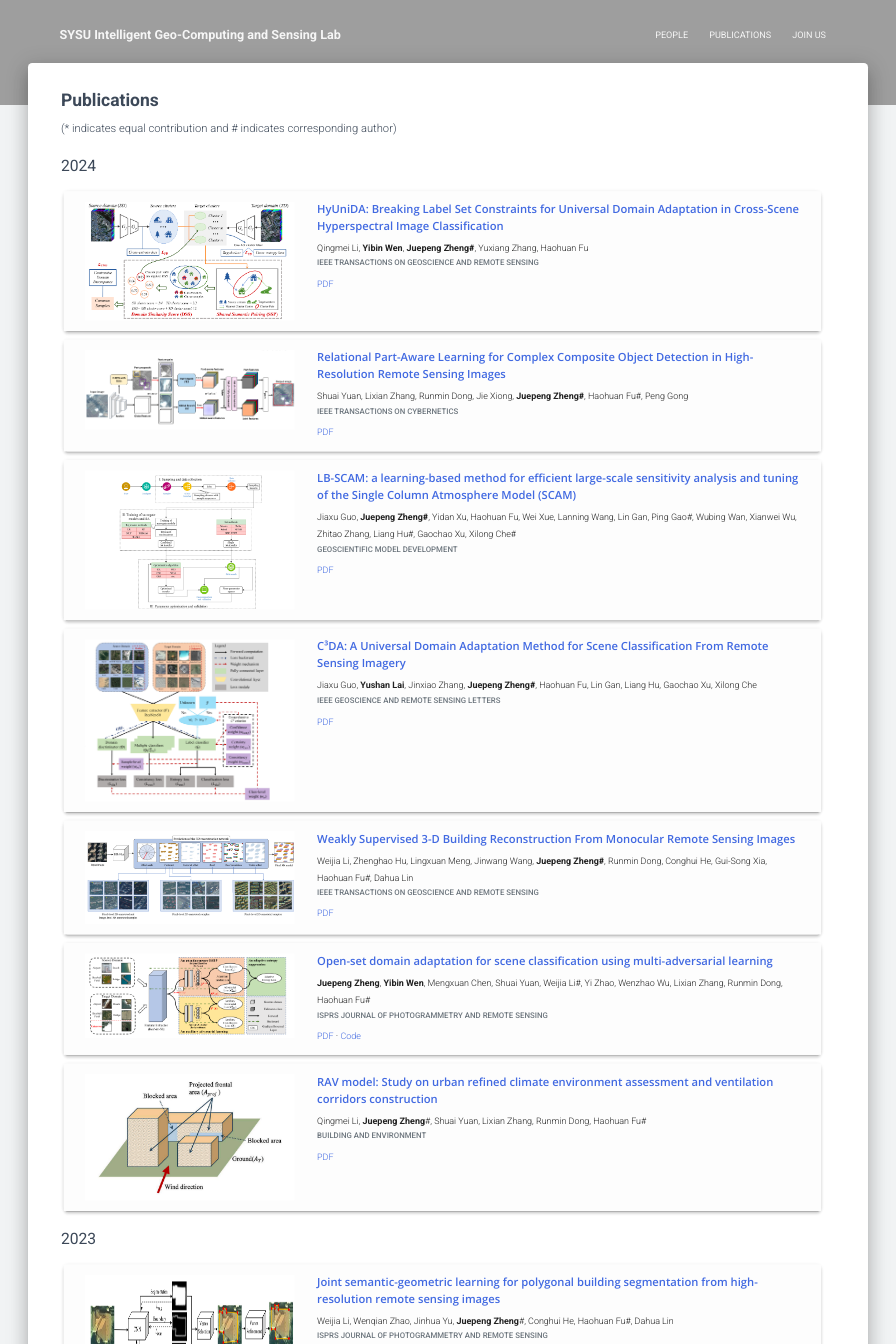
Repository: rssysu/rssysu.github.io
Page: pub.html
The author's editor kept a copy of each file at every save. The page is drawn from the files as they stood at one save, then again after the next save.
The browser window is 1280 px wide. The pictures show the part of the page from y = 0 to 1920 px (the page is 3694 px tall before and 3906 px after), at 70% of full size.
Pictures or frames that could not be fetched are drawn as grey boxes. Some web libraries are served in a nearby version.

Above is the page before, as saved 2025-03-18 21:05:51.

After the next save:
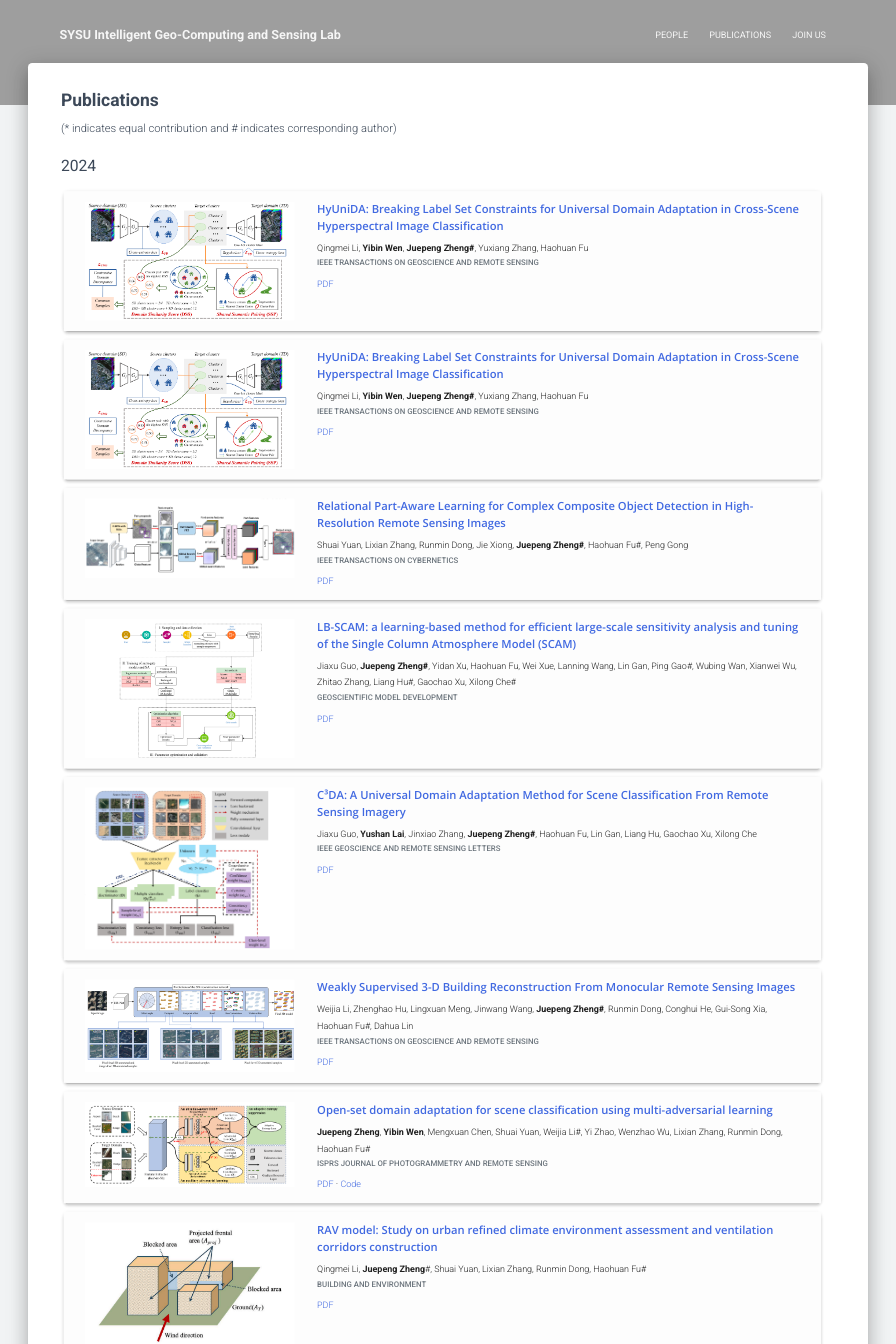
Saved 2 min 14 s later.
--- a/pub.html
+++ b/pub.html
@@ -87,6 +87,19 @@
         <div class="row-pub all">
           <div class="card" style="width: 97%;">
             <div class="card-body" style="background-color: rgb(253, 253, 253);">
+              <img class="card-pic-left" src="assets/paper/hy.png" width=300px>
+              <h4 class="card-title" style="margin-top: -0.1em;"><a href="https://ieeexplore.ieee.org/document/10530296">HyUniDA: Breaking Label Set Constraints for Universal Domain Adaptation in Cross-Scene Hyperspectral Image Classification</a>  </h4>
+              <p class="card-text">Qingmei Li, <b>Yibin Wen</b>, <b>Juepeng Zheng#</b>, Yuxiang Zhang, Haohuan Fu</p>
+              <h6 class="card-subtitle mb-2 text-muted">IEEE Transactions on Geoscience and Remote Sensing</h6>
+
+              <a href="assets/paper/hy.pdf" target="_blank">PDF </a>
+            </div>
+          </div>
+        </div>
+
+        <div class="row-pub all">
+          <div class="card" style="width: 97%;">
+            <div class="card-body" style="background-color: rgb(253, 253, 253);">
               <img class="card-pic-left" src="assets/paper/rp.png" width=300px>
               <h4 class="card-title" style="margin-top: -0.1em;"><a href="https://ieeexplore.ieee.org/document/10534872"> Relational Part-Aware Learning for Complex Composite Object Detection in High-Resolution Remote Sensing Images </a>  </h4>
               <p class="card-text">Shuai Yuan, Lixian Zhang, Runmin Dong, Jie Xiong, <b>Juepeng Zheng#</b>, Haohuan Fu#, Peng Gong</p>
